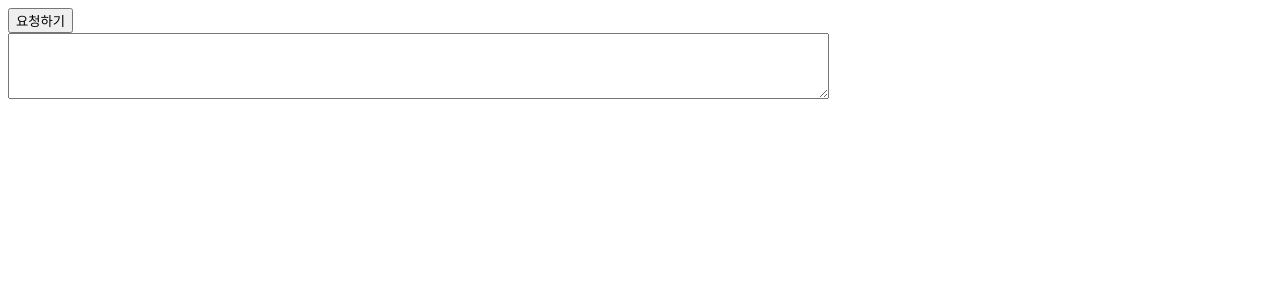
Repository: popconnect/jQuery
Page: http://localhost/AjaxEx01/ajax1.jsp
An editor plug-in stored every save of this project. The page is shown before and after the next save, followed by the edit.
The browser window is 1280 px wide. The pictures show the whole page.
The page is served by Tomcat 9. Other server files are loaded and not shown.

Above is the page before, as saved 2023-05-12 05:20:50.

### AjaxEx01/src/main/webapp/ajax1.jsp
<%@ page language="java" contentType="text/html; charset=UTF-8"
	pageEncoding="UTF-8"%>

<!DOCTYPE html>
<html>
<head>
<meta charset="UTF-8">
<title>Insert title here</title>
<script type="text/javascript">
	window.onload = function() {
		document.getElementById('btn').onclick = function() {
			const request = new XMLHttpRequest();

			request.onreadystatechange = function() {
				//console.log(request.readyState);
				if (request.readyState == 4) {
					if (request.status == 200) {
						//console.log(request.responseText);
						//document.getElementById('ta').value = request.responseText;

					} else {
						alert('페이지 오류');
					}
				}
			};
			request.open('get', 'csv1.jsp', true);
			request.send();
		};
	};
</script>
</head>
<body>
	<button id='btn'>요청하기</button>
	<br />
	<textarea id='ta' rows="4" cols="100"></textarea><br />
	<div id='result'>
		<div></div>
		<div></div>
		<div></div>
		<div></div>
	</div>
	<div id='result'>
		<div></div>
		<div></div>
		<div></div>
		<div></div>
	</div>
</body>
</html>

After the next save:
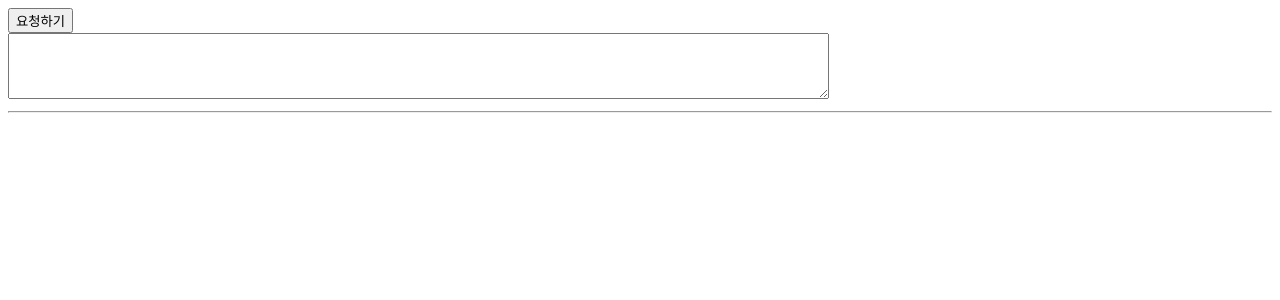
Saved 31 s later.
--- a/AjaxEx01/src/main/webapp/ajax1.jsp
+++ b/AjaxEx01/src/main/webapp/ajax1.jsp
@@ -32,7 +32,8 @@
 <body>
 	<button id='btn'>요청하기</button>
 	<br />
-	<textarea id='ta' rows="4" cols="100"></textarea><br />
+	<textarea id='ta' rows="4" cols="100"></textarea>
+	<br /><hr /><br />
 	<div id='result'>
 		<div></div>
 		<div></div>
